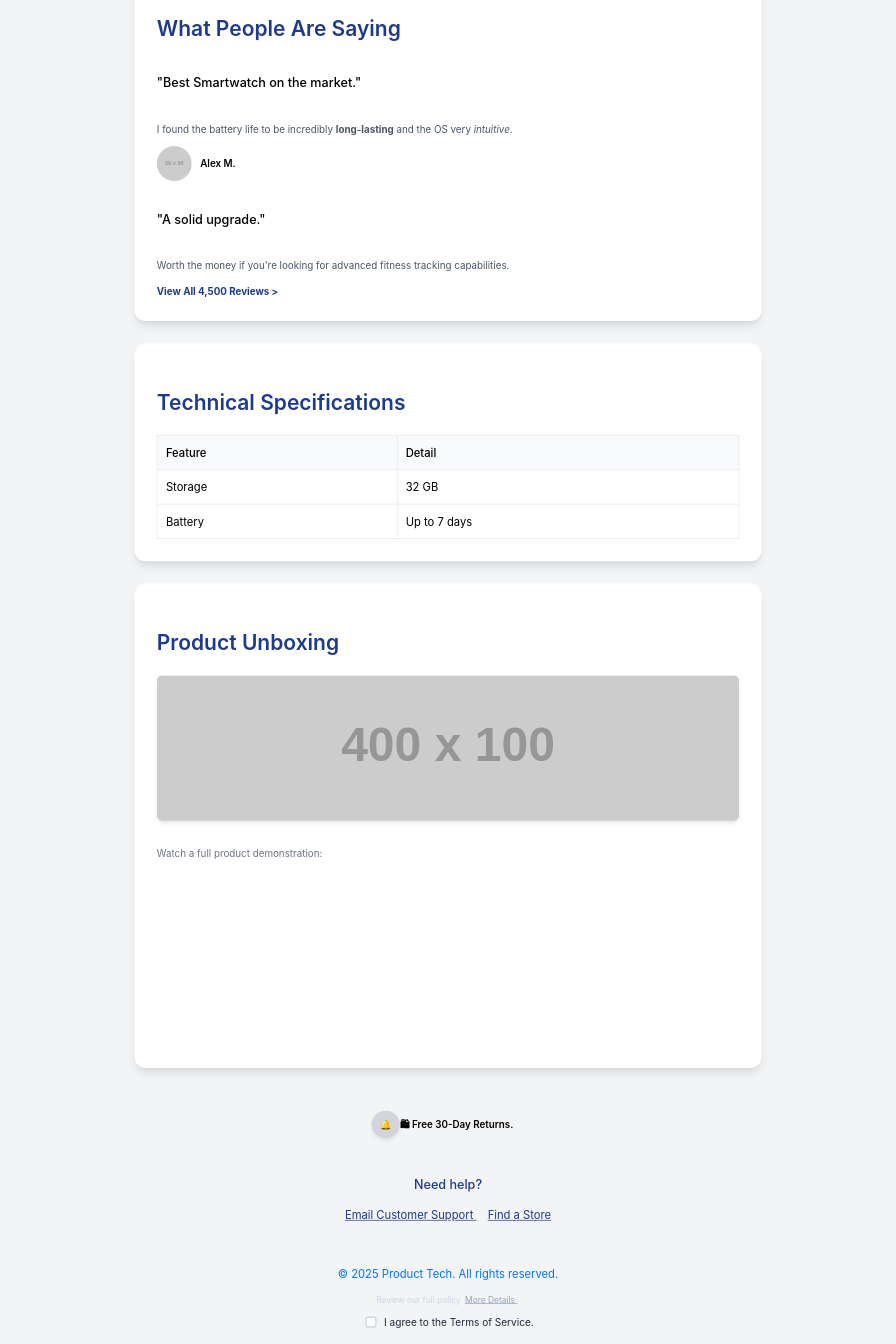
Repository: Tan47s/Accesability-Webpage
Page: ProductPage(modified).html
These files come from the project's save history. The page is drawn as it stood at one moment and after the next save; the edit follows.
The browser window is 1280 px wide. The pictures show the part of the page from y = 1324 to 3244 px (the page is 3244 px tall), at 70% of full size.
Pictures or frames that could not be fetched are drawn as grey boxes.

Above is the page before, as saved 2025-12-08 12:12:44.

### ProductPage(modified).html
<!DOCTYPE html>
<html lang="en"> <!--added lang attribute -->
<head>
    <meta charset="UTF-8">
    <meta name="viewport" content="width=device-width, initial-scale=1.0">
    <title>Product Launch</title>
    <style>
        :root {
            --brand-blue: #1e3a8a;
            --light-blue-text: #ffffff;
            --low-contrast-red: #111111; /*improved contrast */
            --dark-gray: #4b5563;
        }

        :focus { outline: none; }

        body {
            font-family: 'Inter', sans-serif;
            font-size: 16px;
            background-color: #f3f4f6;
            line-height: 1.5;
            margin: 0;
            padding: 0;
        }

        .container {
            max-width: 896px;
            margin-left: auto;
            margin-right: auto;
            padding-left: 1rem;
            padding-right: 1rem;
        }

        .header {
            background-color: var(--brand-blue);
            color: white;
            padding-top: 1rem;
            padding-bottom: 1rem;
            box-shadow: 0 10px 15px -3px rgba(0,0,0,0.1),
                        0 4px 6px -2px rgba(0,0,0,0.05);
            position: sticky;
            top: 0;
            z-index: 10;
        }

        .flex-row-center {
            display: flex;
            justify-content: space-between;
            align-items: center;
        }

        .product-section {
            background-color: #ffffff;
            padding: 32px;
            border-radius: 16px;
            box-shadow: 0 10px 15px -3px rgba(0,0,0,0.1),
                        0 4px 6px -2px rgba(0,0,0,0.05);
            margin-bottom: 32px;
        }

        .product-layout {
            display: flex;
            flex-direction: column;
            gap: 32px;
        }

        @media (min-width: 768px) {
            .product-layout {
                flex-direction: row;
            }
            .product-layout > div {
                width: 50%;
            }
        }

        .search-input {
            padding: 8px;
            font-size: 0.875rem;
            color: #1f2937;
            border-radius: 8px;
            border: 1px solid #d1d5db;
        }

        .justified-text { text-align: justify; }

        .sale-indicator {
            color: var(--low-contrast-red);
            font-size: 1rem;
            font-weight: bold;
        }

        .Produt-title { font-size: 48px; margin: 1%; }
        .Price { font-size: 26px; margin: 1%; }

        .def-image {
            margin: 10%;
            width: 350px;
            height: 350px;
            object-fit: contain;
            border-radius: 20px;
        }

        .color-options {
            margin-top: 20px;
            display: flex;
            justify-content: center;
            gap: 15px;
        }

        .color-circle {
            width: 20px;
            height: 20px;
            border-radius: 50%;
            cursor: pointer;
            border: 2px solid #ddd;
            transition: transform 0.2s ease;
        }

        .view-image {
            position: relative;
            left: 125px;
            margin-bottom: 10px;
        }

        .low-contrast-button {
            background-color: #3b82f6;
            color: var(--light-blue-text);
            display: block;
            text-align: center;
            padding: 1rem;
            font-weight: bold;
            border-radius: 8px;
            cursor: pointer;
            font-size: 1.25rem;
        }

        .input-style {
            padding: 12px;
            border: 1px solid #d1d5db;
            border-radius: 8px;
            width: 100%;
        }

        .main-content {
            padding: 24px;
            margin-top: 0;
            margin-bottom: 0;
        }
    </style>

</head>
<body>

    <div class="header">
        <div class="container flex-row-center">
            <h2 style="font-size: 2.25rem; font-weight: 800;">Product X</h2>

            <div style="display: flex; align-items: center; gap: 1.5rem;"> <!-- MODIFIED -->

                <input type="search"
                       class="search-input"
                       placeholder="Search products..."
                       title="Search products"
                       style="width: 220px;"> <!-- MODIFIED -->

                <button onclick="runSearch()" aria-label="Search button"
                        style="background:none; border:none; cursor:pointer; color:white;">
                    <svg xmlns="http://www.w3.org/2000/svg" width="22" height="22"
                        fill="none" stroke="currentColor" stroke-width="2"
                        stroke-linecap="round" stroke-linejoin="round">
                        <circle cx="11" cy="11" r="8"></circle>
                        <line x1="21" y1="21" x2="16.65" y2="16.65"></line>
                    </svg>
                </button>

                <button aria-label="Cart" style="background:none; border:none; cursor:pointer; color:white;">
                    <svg xmlns="http://www.w3.org/2000/svg" style="height:24px;width:24px;" fill="none"
                         viewBox="0 0 24 24" stroke="currentColor" stroke-width="2">
                        <path stroke-linecap="round" stroke-linejoin="round"
                              d="M3 3h2l.4 2M7 13h10l4-8H5.4M7 13
                                  L5.4 5M7 13l-2.293 2.293c-.63.63-.184 1.707.707 1.707H17
                                  m0 0a2 2 0 100 4 2 2 0 000-4
                                  m-8 2a2 2 0 11-4 0 2 2 0 014 0z" />
                    </svg>
                </button>

            </div>
        </div>
    </div>

    <main class="container main-content">


        <section id="product-spotlight" class="product-section">
            <div class="product-layout">

                <div class="Product-image">
                    <img id="default-image"
                        src="https://smartwatch-straps.co.uk/cdn/shop/files/zwart_b0353297-f6f7-4c34-970d-a214b41f9507.jpg?v=1725032130"
                        class="def-image" alt="Product">

                    <a href="https://smartwatch-straps.co.uk/cdn/shop/files/zwart_b0353297-f6f7-4c34-970d-a214b41f9507.jpg?v=1725032130"
                        target="_blank" class="view-image">
                        View Product Image
                    </a>

                    <div class="color-options">
                        <div class="color-circle"
                            data-img="https://smartwatch-straps.co.uk/cdn/shop/files/donkerblauw_d25abeb5-d6a6-41f2-b02a-d47b17d8ccf4.jpg?v=1725032229&width=600"
                            data-color="Blue" style="background:#1e3a8a;"></div>

                        <div class="color-circle"
                            data-img="https://smartwatch-straps.co.uk/cdn/shop/files/rood_c1f84d11-1299-4c18-b778-5f294b51209f.jpg?v=1725032151&width=600"
                            data-color="Red" style="background:#dc2626;"></div>

                        <div class="color-circle"
                            data-img="https://smartwatch-straps.co.uk/cdn/shop/files/zwart_b0353297-f6f7-4c34-970d-a214b41f9507.jpg?v=1725032130"
                            data-color="Black" style="background:#111827;"></div>
                    </div>
                </div>

                <div style="display:flex;flex-direction:column;gap:1.5rem;">
                    <h1 class="sale-indicator">Sale! 40% OFF Today.</h1>
                    <h1 class="Produt-title">Product X pro 2</h1>
                    <h1 class="Price">Price - 299$</h1>

                    <p>Experience the future on your wrist with the Product X Ultra...</p>

                    <select id="size-select" class="input-style">
                        <option value="">-- Select Size --</option>
                        <option value="42mm">42mm (Standard)</option>
                        <option value="46mm">46mm (Large)</option>
                    </select>

                    <div id="buy-now-btn" class="low-contrast-button" onclick="addToCart()">
                        Add to Cart
                    </div>

                    <div id="cart-status" style="display:none;"></div>
                </div>

            </div>
        </section>


        <section id="features" class="product-section">
            <h2 style="font-size:1.875rem;font-weight:600;color:var(--brand-blue); margin-bottom:1.5rem;">
                Core Features
            </h2> <!-- fixed heading skip -->

            <div class="features-grid">
                <div class="feature-card">
                    <p style="font-size:1.25rem;font-weight:500;">1. Always-On Display</p>
                    <p style="font-size:0.875rem;color:#4b5563;">Check your metrics at a glance, day or night.</p>
                </div>

                <div class="feature-card">
                    <p style="font-size:1.25rem;font-weight:500;">2. Ultra Health Monitoring</p>
                    <p style="font-size:0.875rem;color:#4b5563;">ECG, Sleep Tracking, and Blood Oxygen.</p>
                </div>

                <div class="feature-card">
                    <p style="font-size:1.25rem;font-weight:500;">3. Waterproof Design</p>
                    <p style="font-size:0.875rem;color:#4b5563;">Rated IP68 for swimming and harsh conditions.</p>
                </div>
            </div>

            <p style="font-size:0.875rem;margin-top:2rem;color:#6b7280;" class="justified-text">
                The Product X Smartwatch represents a major leap in wearable technology...
            </p>
        </section>


        <section id="reviews" class="product-section">
            <h3 style="font-size:1.875rem;font-weight:600;color:var(--brand-blue);margin-bottom:1.5rem;">
                What People Are Saying
            </h3>

            <div class="review-divider">
                <h6 style="font-size:1.125rem;font-weight:500;">"Best Smartwatch on the market."</h6>

                <p style="font-size:0.875rem;color:#4b5563;margin-top:4px;">
                    I found the battery life to be incredibly
                    <b style="color:#4b5563;">long-lasting</b> and the OS very <i>intuitive</i>.<!-- fixed contrast -->
                </p>

                <div style="display:flex;align-items:center;margin-top:12px;">
                    <img src="https://placehold.co/50x50/d1d5db/374151?text=A"
                         alt="picture"
                         class="review-author-img"
                         style="border-radius:9999px;margin-right:12px;">
                    <p style="font-size:0.875rem;font-weight:600;">Alex M.</p>
                </div>
            </div>

            <div class="review-divider">
                <h6 style="font-size:1.125rem;font-weight:500;">"A solid upgrade."</h6>
                <p style="font-size:0.875rem;color:#4b5563;margin-top:4px;">
                    Worth the money if you're looking for advanced fitness tracking capabilities.
                </p>
            </div>

            <span id="next-product-span"
                  style="font-size:0.875rem;font-weight:700;color:var(--brand-blue);
                         cursor:pointer;margin-top:16px;display:block;">
                View All 4,500 Reviews &gt;
            </span>
        </section>


        <section id="tech-specs" class="product-section">
            <h3 style="font-size:1.875rem;font-weight:600;color:var(--brand-blue);margin-bottom:1.5rem;">
                Technical Specifications
            </h3>

            <table style="width:100%;text-align:left;border-collapse:collapse;border:1px solid #e5e7eb;">
                <thead>
                    <tr style="background-color:#f9fafb;">
                        <th style="border:1px solid #e5e7eb;padding:12px;font-weight:500;">Feature</th>
                        <th style="border:1px solid #e5e7eb;padding:12px;font-weight:500;">Detail</th>
                    </tr>
                </thead>
                <tbody>
                    <tr>
                        <td style="border:1px solid #e5e7eb;padding:12px;">Storage</td>
                        <td style="border:1px solid #e5e7eb;padding:12px;">32 GB</td>
                    </tr>
                    <tr>
                        <td style="border:1px solid #e5e7eb;padding:12px;">Battery</td>
                        <td style="border:1px solid #e5e7eb;padding:12px;">Up to 7 days</td>
                    </tr>
                </tbody>
            </table>
        </section>


        <section id="promo" class="product-section">
            <h3 style="font-size:1.875rem;font-weight:600;color:var(--brand-blue);margin-bottom:1.5rem;">
                Product Unboxing
            </h3>

            <img src="https://placehold.co/400x100/1e3a8a/60a5fa?text=Limited+Time+Offer+-+Free+Shipping"
                 alt=""
                 style="border-radius:8px;box-shadow:0 4px 6px -1px rgba(0,0,0,0.1);
                        margin-bottom:1rem;width:100%;height:auto;">

            <p style="font-size:0.875rem;color:#6b7280;margin-bottom:8px;">
                Watch a full product demonstration:
            </p>

            <iframe width="100%" height="250"
                    src="https://www.youtube.com/embed/S_T10uPq65g"
                    frameborder="0" allowfullscreen></iframe>
        </section>

        <div style="display:flex;justify-content:center;align-items:center;padding-top:24px;padding-bottom:24px;">
            <button style="background-color:#d1d5db;padding:12px;border-radius:9999px;border:none;
                           cursor:pointer;box-shadow:0 4px 6px -1px rgba(0,0,0,0.1);"
                onmouseover="this.style.backgroundColor='#9ca3af'"
                onmouseout="this.style.backgroundColor='#d1d5db'">
                <span style="color:var(--dark-gray);">&#128276;</span>
            </button>
            <p style="font-size:0.875rem;font-weight:600;margin-right:1rem;">
                &#128717; Free 30-Day Returns.
            </p>
        </div>

        <div style="text-align:center;margin-top:24px;">
            <p style="font-size:1.125rem;font-weight:500;color:var(--brand-blue);">Need help?</p>

            <span onclick="console.log('Email support clicked');"
                  style="color:var(--brand-blue);text-decoration:underline;cursor:pointer;">
                Email Customer Support
            </span>

            <a style="margin-left:1rem;color:var(--brand-blue);text-decoration:underline;">
                Find a Store
            </a>
        </div>

    </main>


    <footer>
    <div class="container" style="text-align:center; padding: 20px 0;">
        <p style="color:#0173ff;">© 2025 Product Tech. All rights reserved.</p>

        <p style="font-size:0.75rem; margin-top:8px; color:#cbd5e1;">
            Review our full policy.
            <a href="/warranty" target="_blank" style="color:#94a3b8; text-decoration:underline;">
                More Details
            </a>.
        </p>

        <div style="display:flex; align-items:center; justify-content:center; margin-top:12px;">
            <label style="display:flex; align-items:center; gap:0.5rem; color:#1f2937; font-size:0.9rem;">
                <input
                    type="checkbox"
                    id="terms-agree"
                    name="terms-agree"
                    style="
                        width:16px;
                        height:16px;
                        appearance:none;
                        border:2px solid #cbd5e1;
                        border-radius:4px;
                        background:#ffffff;
                        cursor:pointer;
                    "
                >
                I agree to the Terms of Service.
            </label>
        </div>
    </div>
</footer>


    <script>
        function addToCart() {
            const cartStatus = document.getElementById('cart-status');
            cartStatus.textContent = "Item added to cart! Proceed to checkout.";
            cartStatus.style.display = 'block';
            cartStatus.style.backgroundColor = '#d1fae5';
            cartStatus.style.color = '#065f46';
            cartStatus.style.border = '1px solid #065f46';
        }

        function runSearch() {
            const searchBox = document.querySelector('.search-input');
            searchBox.focus();

            if (searchBox.value.trim() !== "") {
                console.log("Searching for:", searchBox.value);
            } else {
                console.log("Search triggered");
            }
        }

        function changeColor(colorName, newImg) {
            document.getElementById("default-image").src = newImg;

            const currentColor = document.getElementById("current-color");
            if (currentColor) currentColor.textContent = colorName;
        }

        const circles = document.querySelectorAll(".color-circle");
        circles.forEach(circle => {
            circle.addEventListener("click", () => {
                const newImg = circle.getAttribute("data-img");
                const colorName = circle.getAttribute("data-color");
                changeColor(colorName, newImg);
            });
        });

        window.onload = function() {
            const nextBtn = document.getElementById('next-product-span');
            if (nextBtn) {
                nextBtn.addEventListener('click', function() {
                    alert('Viewing next product');
                });
            }
        }
    </script>

</body>
</html>

After the next save:
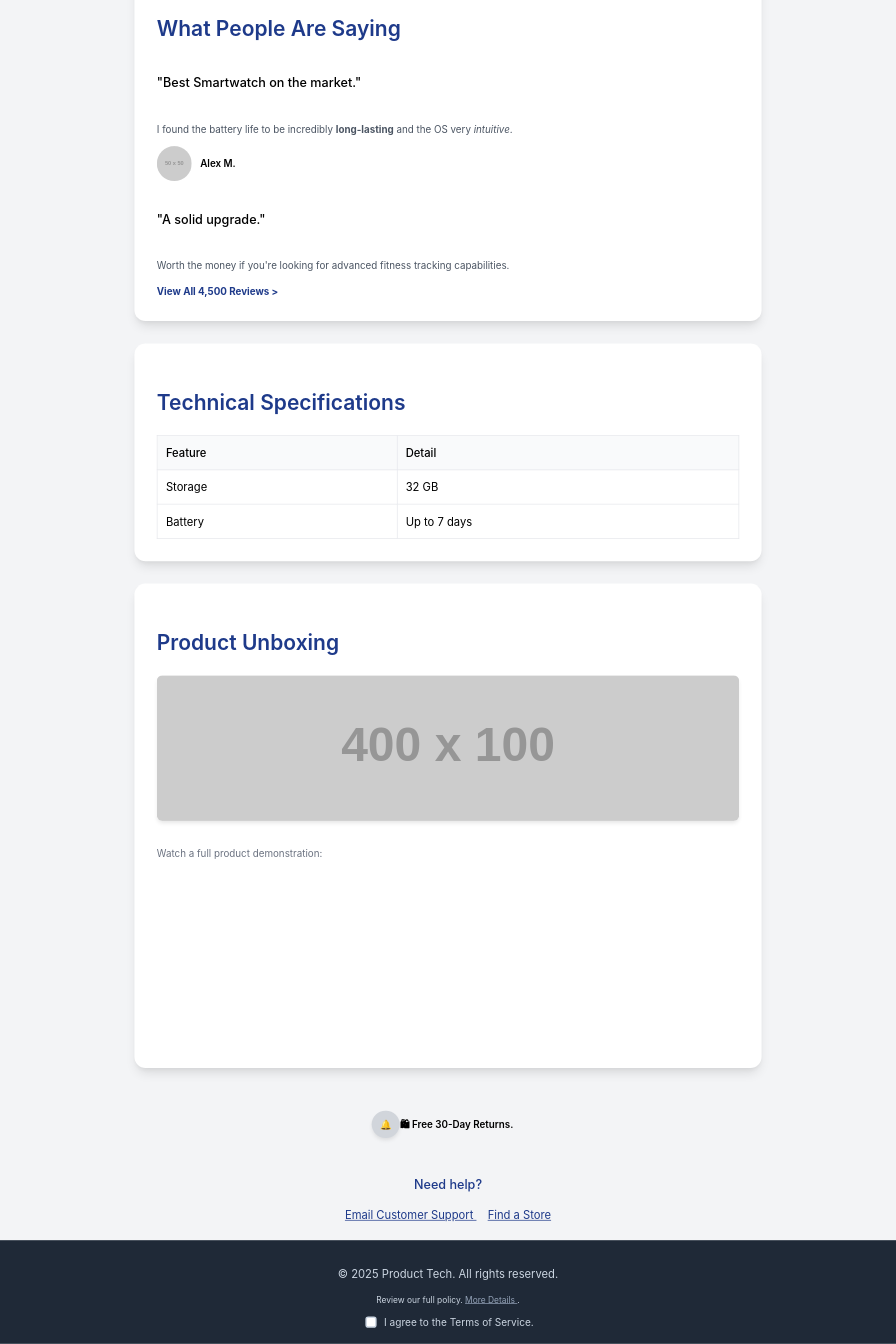
Saved 71 s later.
--- a/ProductPage(modified).html
+++ b/ProductPage(modified).html
@@ -381,9 +381,9 @@
     </main>
 
 
-    <footer>
-    <div class="container" style="text-align:center; padding: 20px 0;">
-        <p style="color:#0173ff;">© 2025 Product Tech. All rights reserved.</p>
+    <footer style="background:#1f2937; padding: 20px 0;">
+    <div class="container" style="text-align:center;">
+        <p style="color:#cbd5e1;">© 2025 Product Tech. All rights reserved.</p>
 
         <p style="font-size:0.75rem; margin-top:8px; color:#cbd5e1;">
             Review our full policy.
@@ -393,7 +393,7 @@
         </p>
 
         <div style="display:flex; align-items:center; justify-content:center; margin-top:12px;">
-            <label style="display:flex; align-items:center; gap:0.5rem; color:#1f2937; font-size:0.9rem;">
+            <label style="display:flex; align-items:center; gap:0.5rem; color:#cbd5e1; font-size:0.9rem;">
                 <input
                     type="checkbox"
                     id="terms-agree"
@@ -415,6 +415,7 @@
 </footer>
 
 
+
     <script>
         function addToCart() {
             const cartStatus = document.getElementById('cart-status');
